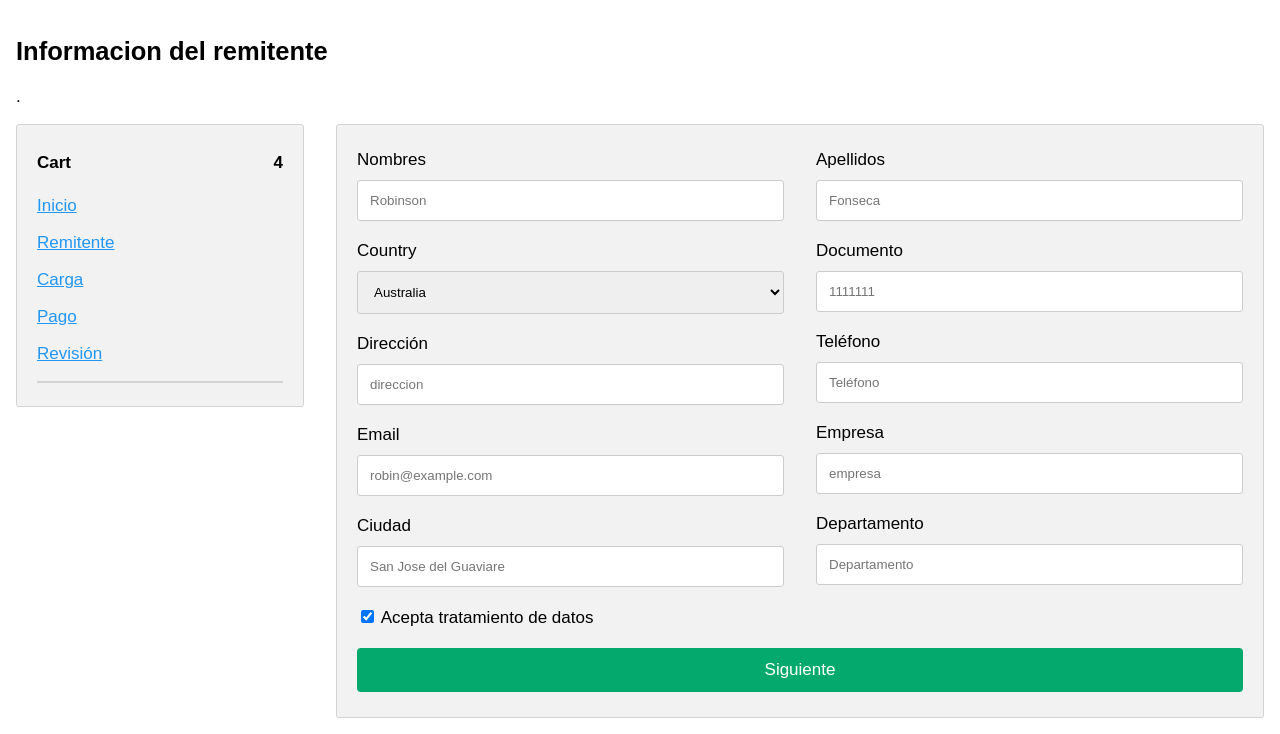
Repository: SennovaFluvial/Trasnfluvial
Page: appFluvial/templates/card1.html
An editor plug-in stored every save of this project. The page is shown before and after the next save, followed by the edit.
The browser window is 1280 px wide. The pictures show the whole page.
The template is drawn by Django 3.2. The application's start-up code is not run. The template is opened directly, without the code that normally fills it, so the values that code supplies are empty.

Above is the page before, as saved 2023-10-18 21:37:15.

After the next save:
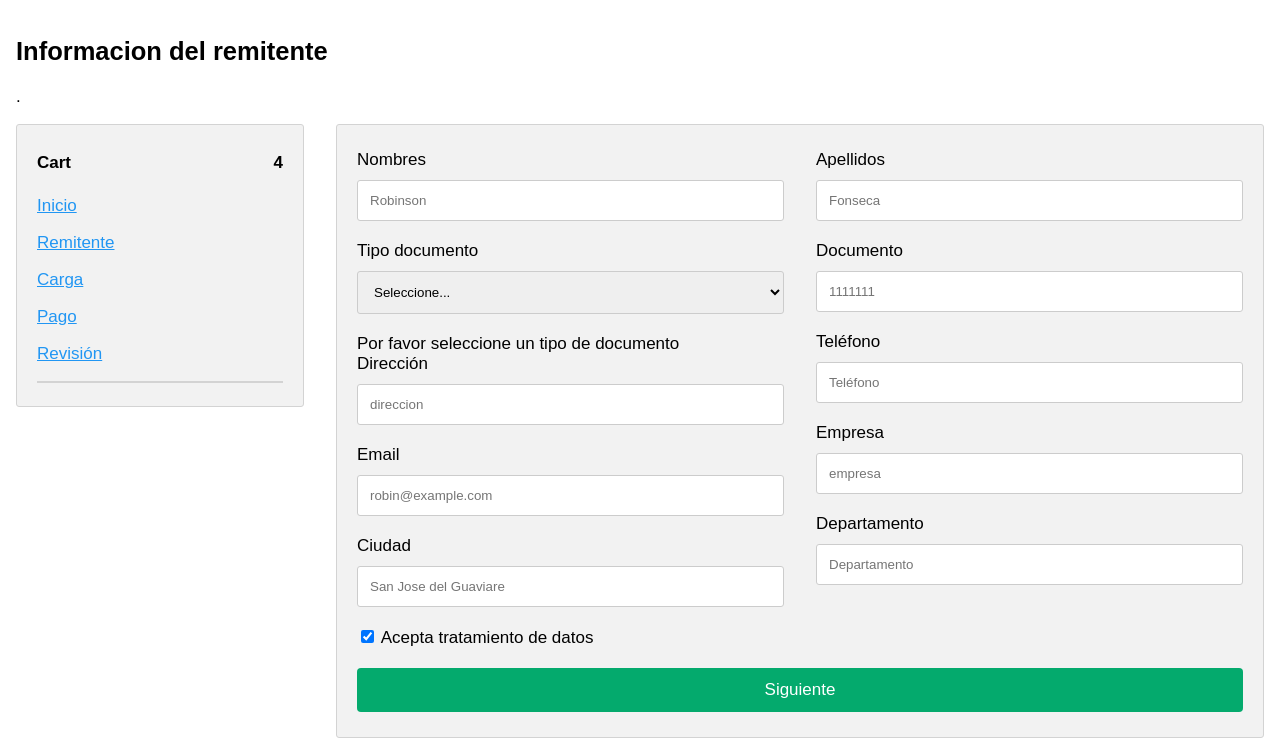
Saved 37 s later.
--- a/appFluvial/templates/card1.html
+++ b/appFluvial/templates/card1.html
@@ -152,7 +152,7 @@
             <h3>  </h3>
             <label for="fname"><i class="fa fa-user"></i> Nombres</label>
             <input type="text" id="fname" name="firstname" placeholder="Robinson">
-            <!--div class="col-md-5 mb-3">
+            <div class="col-md-5 mb-3">
                 <label for="tipodocumento">Tipo documento</label>
                 <select class="custom-select d-block w-100" id="tipodocumento" required="">
                   <option value="">Seleccione...</option>
@@ -163,14 +163,14 @@
                 <div class="invalid-feedback">
                   Por favor seleccione un tipo de documento
                 </div>
-            </div-->
-
-            <label for="country">Country</label>
+            </div>
+
+            <!--label for="country">Country</label>
             <select id="country" name="country">
               <option value="australia">Australia</option>
               <option value="canada">Canada</option>
               <option value="usa">USA</option>
-            </select>
+            </select-->
 
             <label for="adr"><i class="fa fa-address-card-o"></i> Dirección</label>
             <input type="text" id="adr" name="address" placeholder="direccion">

After the save that followed:
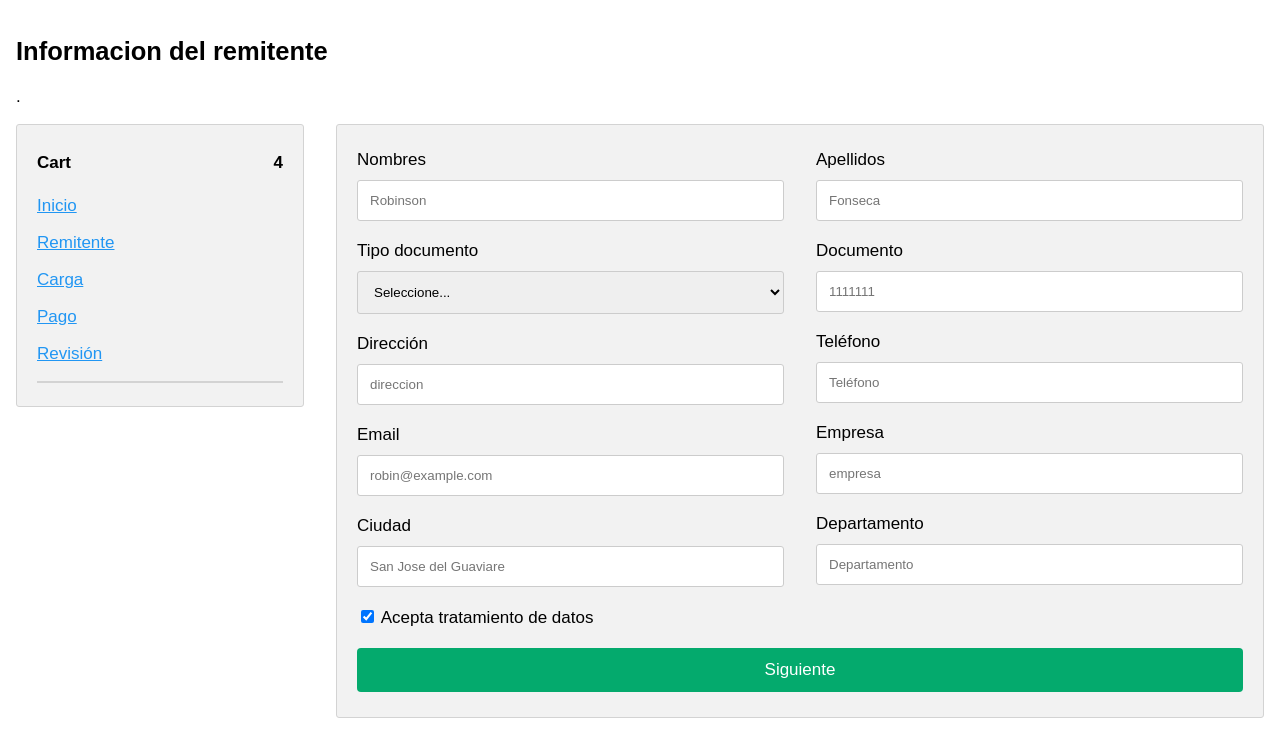
Saved 15 s later.
--- a/appFluvial/templates/card1.html
+++ b/appFluvial/templates/card1.html
@@ -160,9 +160,6 @@
                   <option>CE</option>
                   <option>Pasaporte</option>
                 </select>
-                <div class="invalid-feedback">
-                  Por favor seleccione un tipo de documento
-                </div>
             </div>
 
             <!--label for="country">Country</label>
